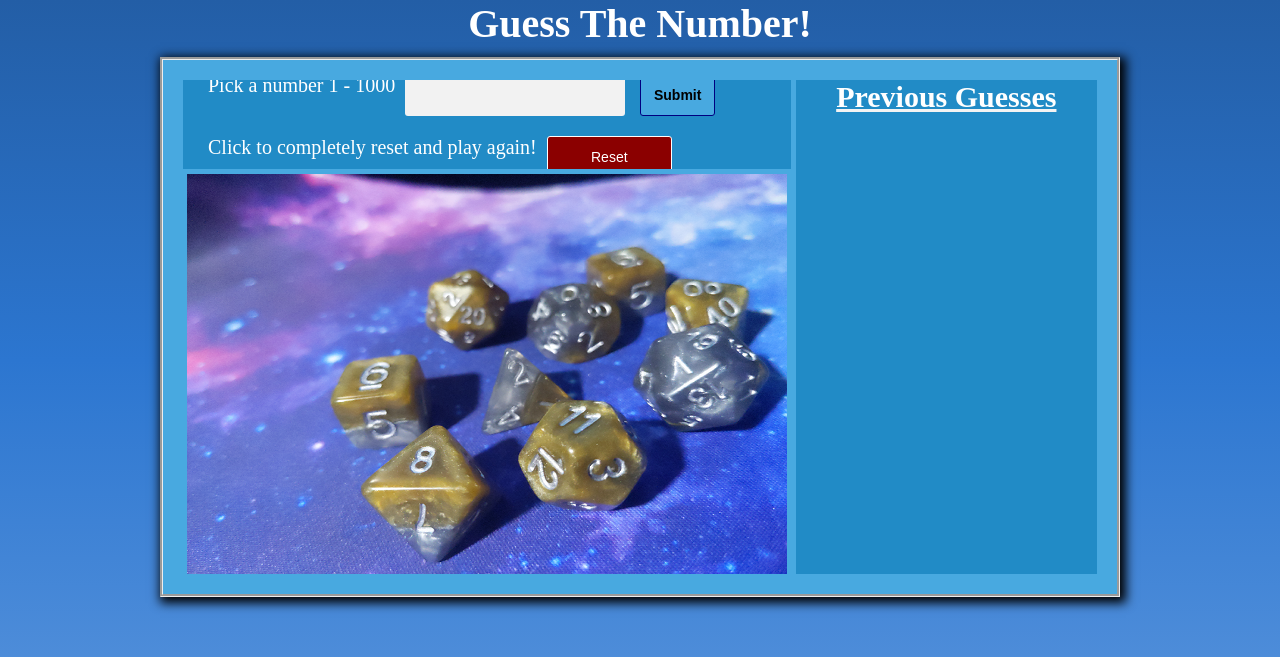
Repository: mlmEFSC21/P15-Modified-Guessing-Game
Page: guess.html
These files come from the project's save history. The page is drawn as it stood at one moment and after the next save; the edit follows.
The browser window is 1280 px wide. The pictures show the whole page.

Above is the page before, as saved 2022-03-23 18:38:24.

### guess.html
<!DOCTYPE html>
<html lang="en">
    <head>
        <meta charset="UTF-8" />
        <meta http-equiv="X-UA-Compatible" content="IE=edge" />
        <meta name="viewport" content="width=device-width, initial-scale=1.0" />
        <link rel="stylesheet" href="guess.css" />
        <script src="guess.js" defer></script>
        <title>Guessing Game</title>
    </head>
    <body>
        <header>
            <h1 class="pageTitle">Guess The Number!</h1>
        </header>
        <section>
            <div class="gameContainer" id="container">
                <div class="results" id="results">
                    <form action="" class="inputForm">
                        <label for="guessInput">Pick a number 1 - 1000</label>
                        <input
                            type="text"
                            required
                            name="guessInput"
                            class="guessInput"
                            id="guessInput"
                        />
                        <input type="button" class="submitBtn" id="submitBtn" value="Submit" />
                        <label for="resetBtn">Click to completely reset and play again!</label>
                        <button type="reset" class="resetBtn" id="resetBtn" name="Reset">
                            Reset
                        </button>
                    </form>
                </div>
                <img
                    src="images\goldSilverDice.png"
                    alt="Gold and silver colored dice. From 4 sides up to 20 sides"
                />
                <div class="guessesContainer" id="guessesContainer">
                    <h2>Previous Guesses</h2>
                    <ul class="guesses" id="guessList"></ul>
                </div>
            </div>
        </section>
    </body>
</html>

### guess.css
:root {
    --clr-primary: #218bc6;
    --clr-secondary: #48a9e0;
    --clr-tertiary: #235ea6;
}

*,
*::after,
*::before {
    box-sizing: border-box;
    margin: 0;
    padding: 0;
}
body {
    background-image: linear-gradient(var(--clr-tertiary), #2c76d0, #5491db);
    height: 100vh;
    background-position: center;
    background-repeat: no-repeat;
    background-size: cover;
    color: white;
    font-size: 20px;
}
.pageTitle {
    text-align: center;
}
.gameContainer {
    background-color: var(--clr-secondary);
    display: grid;
    max-width: 960px;
    height: 75vh;
    margin: 10px auto;
    padding: 20px;
    grid-template-columns: repeat(3, 1fr);
    grid-template-rows: repeat(4, 1fr);
    gap: 5px;
    align-items: center;
    justify-content: center;
    border: groove;
    box-shadow: 3px 3px 10px 3px black;
}
.results {
    background-color: var(--clr-primary);
    display: flex;
    flex-direction: column-reverse;
    margin: 10px auto;
    padding: 0 25px;
    grid-column: 1 / 3;
    grid-row: 1 / 3;
    height: 100%;
    justify-content: center;
    align-items: center;
    text-align: center;
    overflow: hidden;
}
input,
button {
    margin: 10px 0;
    margin-left: 10px;
}
.inputForm {
    display: flex;
    flex-wrap: wrap;
}
label {
    margin-right: 15px;
    margin: 10px 0;
}
input {
    border: none;
    -webkit-appearance: none;
    -ms-appearance: none;
    -moz-appearance: none;
    appearance: none;
    background: #f2f2f2;
    padding: 12px;
    border-radius: 3px;
    outline: none;
    font-size: 14px;
    font-weight: bold;
}
img {
    width: 600px;
    height: 400px;
    grid-column: 1 / 3;
    grid-row: 3 / 5;
    align-self: center;
    justify-self: center;
}
button {
    border: solid 1px white;
    margin-bottom: 10px;
    padding: 12px;
    border-radius: 3px;
    width: 125px;
    height: 40px;
    outline: none;
    font-size: 14px;
}
h2 {
    text-decoration: underline;
    text-decoration-color: #f3f3f3;
}
.submitBtn {
    background: var(--clr-secondary);
    border: solid 0.5px navy;
    margin-left: 15px;
    width: 75px;
}
.submitBtn:hover {
    background: #44b3db;
}
.resetBtn {
    background: darkred;
    color: white;
}
.resetBtn:hover {
    background: red;
}
.guessesContainer {
    background-color: var(--clr-primary);
    display: flex;
    flex-direction: column;
    flex-grow: 2;
    height: 100%;
    grid-row: 1 / 5;
    align-items: center;
    overflow: hidden;
}
/* the h3 that is appended by the js. It was hugging the container too much. */
h3 {
    margin: 10px;
    text-align: center;
}
.hint {
    font-style: italic;
    text-decoration: underline;
}

### guess.js
let randomNumber = Math.floor(Math.random() * 1000 + 1);
let guesses = [];

const guessInput = document.getElementById("guessInput");
const resultsDiv = document.getElementById("results");
const submitButton = document.getElementById("submitBtn");
const resetButton = document.getElementById("resetBtn");
const p = document.createElement("p");
const ul = document.getElementById("guessList");
const li = document.createElement("li");
const guessesContainer = document.getElementById("guessesContainer");
const winningMessage = document.createElement("h3");
const hint = document.createElement("h3");

//checks to see if the guess is higher, lower, or equal to
function checkGuess() {
    const currentGuess = Number(guessInput.value);
    if (currentGuess == randomNumber) {
        guesses.push(currentGuess);
        p.innerText = "Congratulations! You guessed the number!";
        resultsDiv.append(p);
        countGuesses();
    }
    if (currentGuess < randomNumber) {
        guesses.push(currentGuess);
        p.innerText = "Too low. Try again!";
        resultsDiv.append(p);
        trackGuesses();
    }
    if (currentGuess > randomNumber) {
        guesses.push(currentGuess);
        p.innerText = "Too high. Try again!";
        resultsDiv.append(p);
        trackGuesses();
    }
}
//tracks previous guess in a <ul>. Removes <li> and populates from guesses[] each time.
function trackGuesses() {
    while (ul.hasChildNodes()) {
        ul.removeChild(ul.firstChild);
    }
    for (i = 0; i <= guesses.length - 1; i++) {
        let li = document.createElement("li");
        li.innerText = guesses[i];
        ul.appendChild(li);
    }
}

//counts how many guesses. Uses array length.
function countGuesses() {
    let numOfGuesses = guesses.length;
    if (numOfGuesses < 10) {
        winningMessage.innerText = `${numOfGuesses} guesses?! Either you know the secret or you got lucky!`;
        guessesContainer.append(winningMessage);
    } else if (numOfGuesses == 10) {
        winningMessage.innerText = `${numOfGuesses} guesses. Ahah! You know the secret!`;
        guessesContainer.append(winningMessage);
    } else if (numOfGuesses > 10) {
        winningMessage.innerText = `Yikes! ${numOfGuesses} guesses... You should be able to do better!`;
        hint.innerHTML = '*Hint* Knowing the trick is <span class="hint">half</span> the battle.';
        guessesContainer.append(winningMessage);
        guessesContainer.append(hint);
    }
}
// creates a new random number for replay
function newRNG() {
    randomNumber = Math.floor(Math.random() * 10 + 1);
}
//resets the game completely.
function resetGame() {
    p.innerText = "";
    resultsDiv.append(p);
    while (ul.hasChildNodes()) {
        ul.removeChild(ul.firstChild);
    }
    winningMessage.remove();
    guesses = [];
    newRNG();
    //logging random number for debugging.
    console.log(randomNumber);
}

submitButton.addEventListener("click", checkGuess);
resetButton.addEventListener("click", resetGame);
//logging random number for debugging.
console.log(randomNumber);

After the next save:
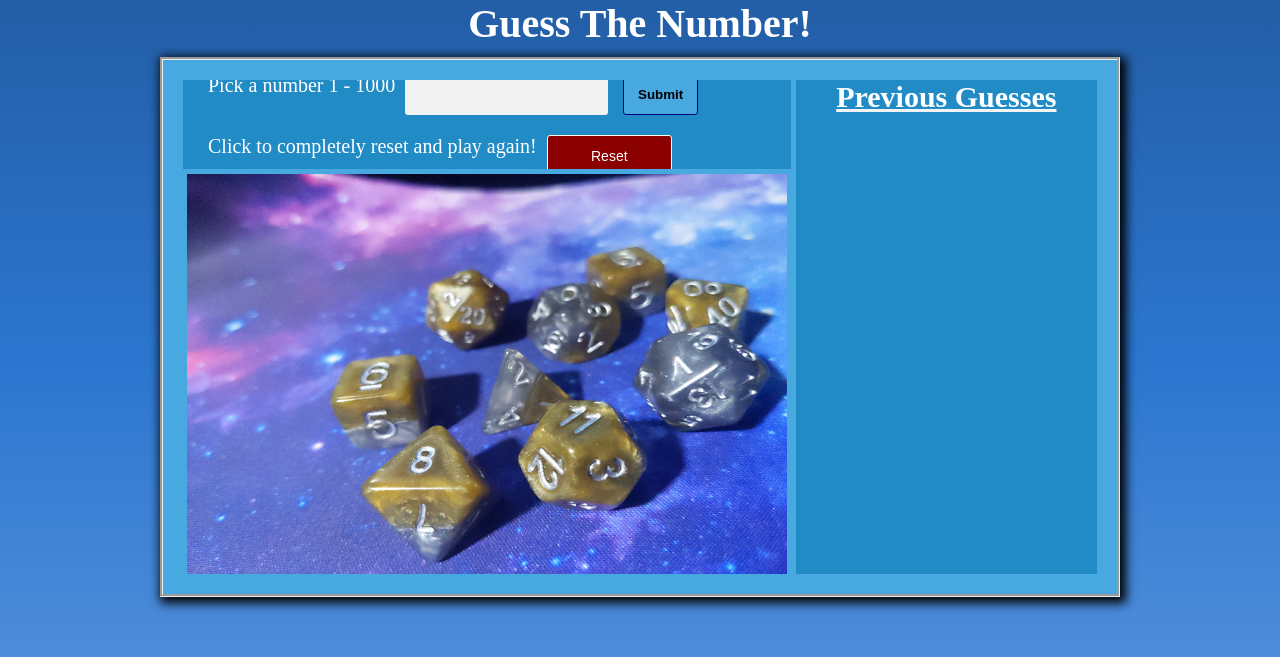
Saved 16 s later.
--- a/guess.css
+++ b/guess.css
@@ -75,7 +75,7 @@
     padding: 12px;
     border-radius: 3px;
     outline: none;
-    font-size: 14px;
+    /* font-size: 14px; */
     font-weight: bold;
 }
 img {

After the save that followed:
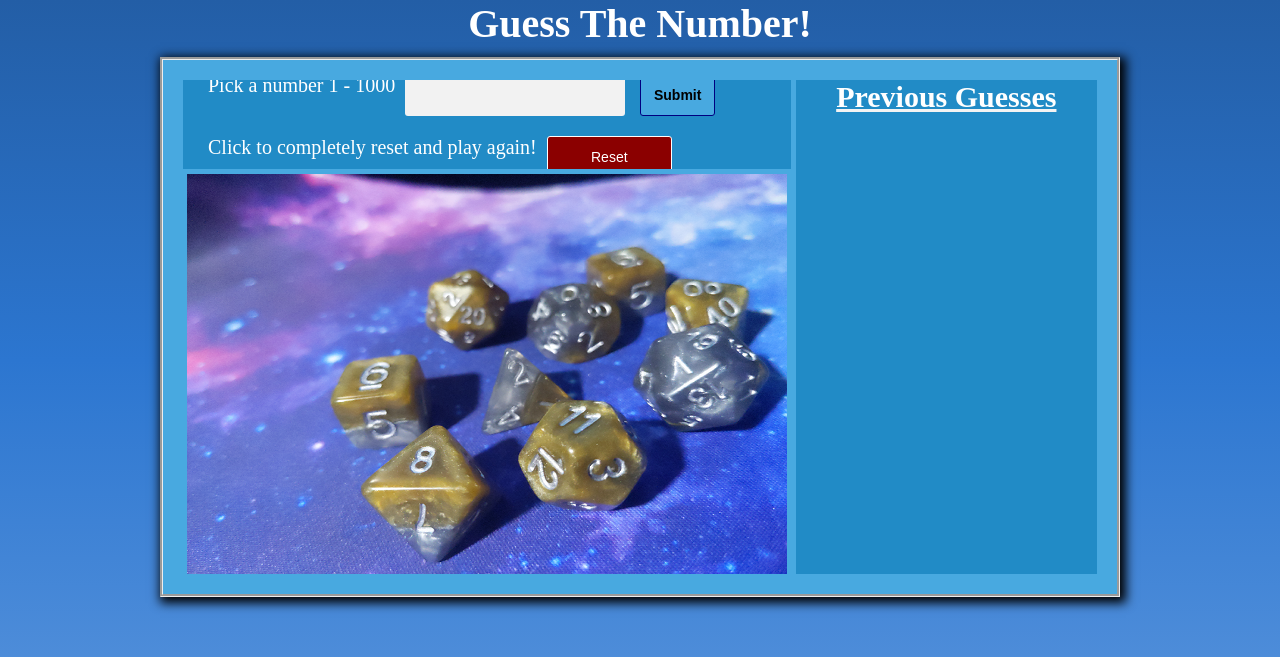
Saved 8 s later.
--- a/guess.css
+++ b/guess.css
@@ -75,7 +75,7 @@
     padding: 12px;
     border-radius: 3px;
     outline: none;
-    /* font-size: 14px; */
+    font-size: 14px;
     font-weight: bold;
 }
 img {
